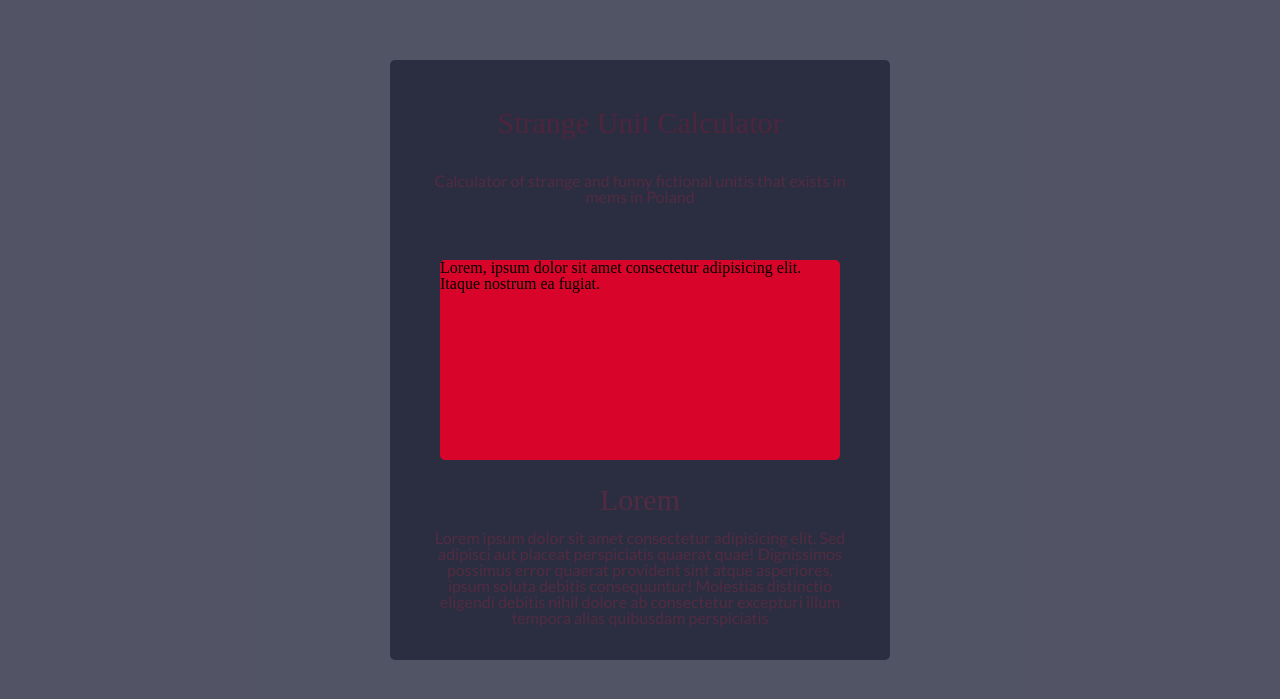
Repository: Gibon9/Calc2
Page: index.html
These files come from the project's save history. The page is drawn as it stood at one moment and after the next save; the edit follows.
The browser window is 1280 px wide. The pictures show the whole page.
Some web fonts or font styles are not loaded; a fallback is used.

Above is the page before, as saved 2020-11-25 12:33:44.

### index.html
<!DOCTYPE html>
<html lang="en">
  <head>
    <meta charset="UTF-8" />
    <meta name="viewport" content="width=device-width, initial-scale=1.0" />
    <link rel="stylesheet" href="./styles/reset.css" />
    <link rel="stylesheet" href="./styles/style.css" />
    <title>Document</title>
  </head>

  <body>
    <main class="main-content">
      <header class="header">
        <h1 class="title">Strange Unit Calculator</h1>
        <p class="descrption--text">
          Calculator of strange and funny fictional unitis that exists in mems
          in Poland
        </p>
      </header>
      <form action="" class="input-form">
        <label for="number" class="input-form--number">Enter number: </label>
        <input type="number" class="" id="number" />

        <label for="selector" class="input-form--selector">Select unit:</label>
        <select name="unit-selector" id="selector">
          <option value="sasin">Sasin</option>
          <option value="wenta">Wenta</option>
          <option value="golota">Gołota</option>
        </select>

        <button class="calc-button">Calculate</button>
      </form>

      <section class="description">
        <h2 class="description--title">Lorem</h2>
        <p class="descrption--text">
          Lorem ipsum dolor sit amet consectetur adipisicing elit. Sed adipisci
          aut placeat perspiciatis quaerat quae! Dignissimos possimus error
          quaerat provident sint atque asperiores, ipsum soluta debitis
          consequuntur! Molestias distinctio eligendi debitis nihil dolore ab
          consectetur excepturi illum tempora alias quibusdam perspiciatis
        </p>
      </section>
    </main>
    <section class="score">
      <article class="popup">
        <h2 class="score--text">
          Lorem, ipsum dolor sit amet consectetur adipisicing elit. Itaque
          nostrum ea fugiat.
        </h2>
      </article>
    </section>

    <script src="./index.js"></script>
  </body>
</html>

### styles/style.css
@import url("https://fonts.googleapis.com/css2?family=Lato&family=Nerko+One&display=swap");

:root {
  --body-color: #edf2f4;
  --background-light: #8d99ae;
  --background-dark: #2b2d42;
  --text-light: #ef233c;
  --text-dark: #d90429;
}

* {
  box-sizing: border-box;
}

body {
  background-color: var(--body-color);
  display: flex;
  align-items: center;
  justify-content: center;
  width: 100vw;
  height: 100vh;
}

.title,
.description--title,
.score--text,
.calc-button {
  font-family: "Nerko One", cursive;
}

.descrption--text,
label,
option {
  font-family: "Lato", sans-serif;
}

.main-content,
.header {
  display: flex;
  flex-direction: column;
  width: 100%;
  height: 100%;
  align-items: center;
}

.main-content {
  width: 500px;
  height: 600px;
  background-color: var(--background-dark);
  border-radius: 5px;
  color: var(--text-light);
}

.header,
.input-form,
.description {
  flex: 1;
}

.header {
  justify-content: space-around;
}

.title {
  display: block;
  margin-top: 30px;
  font-size: 30px;
  color: var(--text-dark);
  text-align: center;
}

.descrption--text {
  margin: 0 40px 30px;
  text-align: center;
}

.input-form {
  display: flex;
  flex-direction: column;
  height: 100%;
  width: 400px;
  margin: 10px 0;
  justify-content: space-around;
  align-items: center;
  background-color: var(--background-light);
  border-radius: 5px;
}

.input-form--number {
  font-size: 18px;
  margin-top: 10px;
}

.input-form--selector {
  font-size: 18px;
}

.calc-button {
  cursor: pointer;
  font-size: 20px;
  border: 2px solid var(--text-light);
  border-radius: 5px;
  padding: 5px 10px;
  margin: 15px 0 10px;
  color: var(--text-light);
  background-color: transparent;
}

.calc-button:hover {
  color: var(--text-dark);
  background-color: var(--body-color);
}

.description {
  display: flex;
  flex-direction: column;
  justify-content: center;
  align-items: center;
}

.description--title {
  margin: 15px 0;
  font-size: 30px;
}

.score {
  position: absolute;
  top: 0;
  left: 0;
  width: 100vw;
  height: 100vh;
  display: flex;
  justify-content: center;
  align-items: center;
  background-color: rgba(43, 45, 66, 0.8);
}

.popup {
  height: 200px;
  width: 400px;
  background-color: var(--text-dark);
  border-radius: 5px;
}

Loaded but not shown: styles/reset.css (common file); index.js (no stored copy; drawn as an empty file)

After the next save:
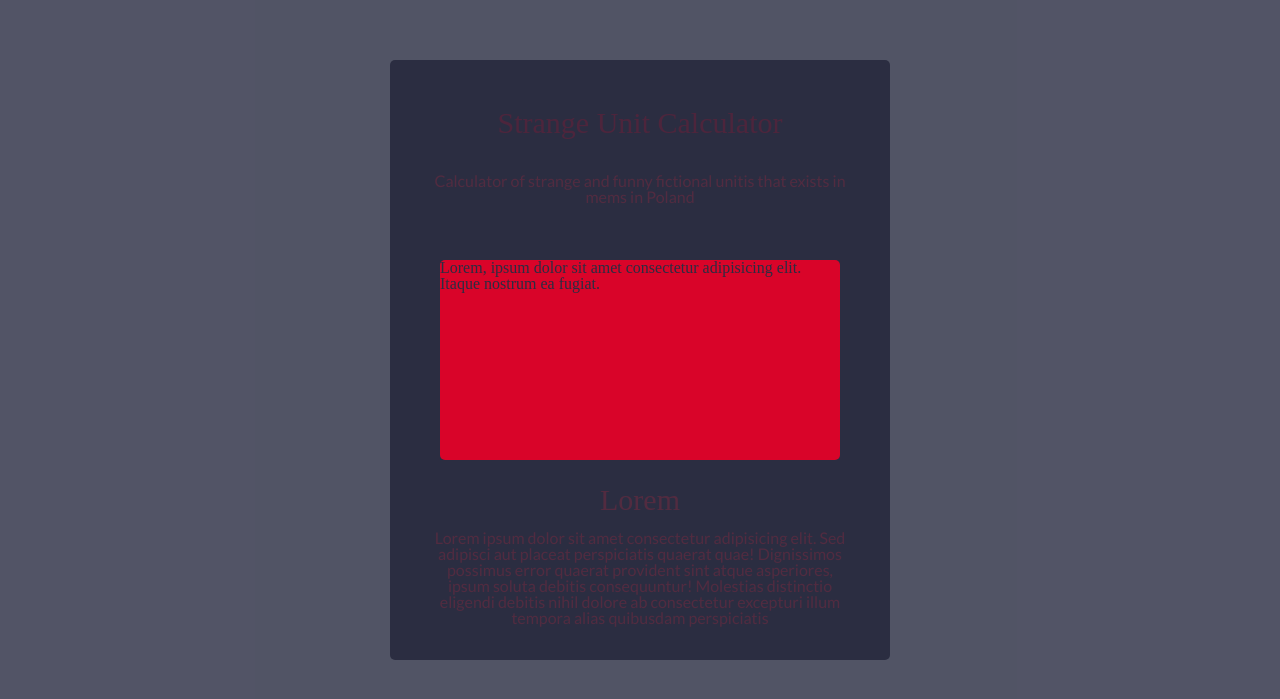
Saved 72 s later.
--- a/index.html
+++ b/index.html
@@ -44,7 +44,7 @@
     </main>
     <section class="score">
       <article class="popup">
-        <h2 class="score--text">
+        <h2 class="popup--text">
           Lorem, ipsum dolor sit amet consectetur adipisicing elit. Itaque
           nostrum ea fugiat.
         </h2>
--- a/styles/style.css
+++ b/styles/style.css
@@ -141,3 +141,7 @@ option {
   background-color: var(--text-dark);
   border-radius: 5px;
 }
+
+.popup--text {
+  color: var(--background-dark);
+}
